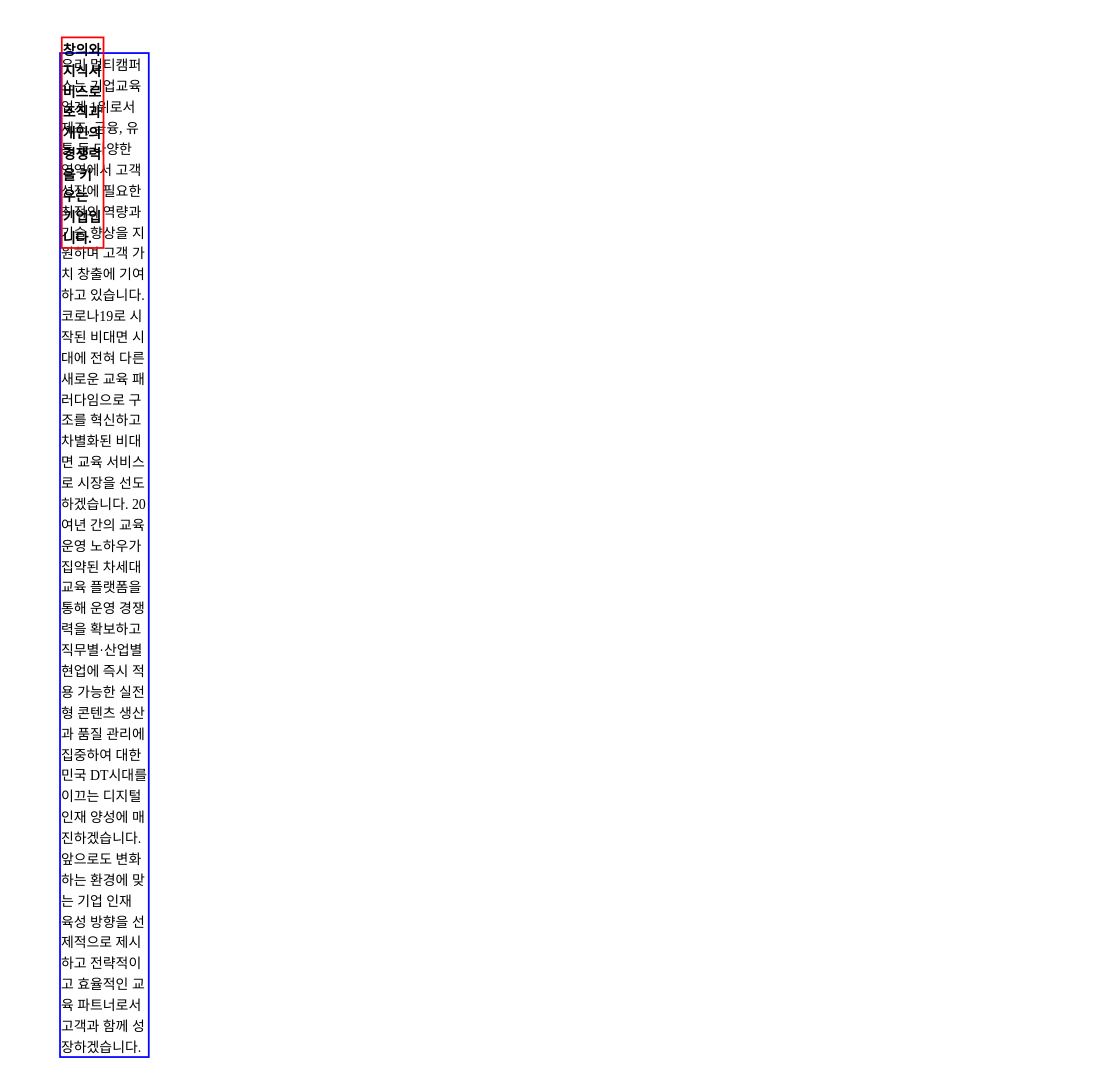
Repository: zmfhd1/Web
Page: boardtest/WebContent/overflow.html
These files come from the project's save history. The page is drawn as it stood at one moment and after the next save; the edit follows.
The browser window is 1280 px wide. The pictures show the whole page, at 87% of full size.

Above is the page before, as saved 2021-08-23 01:41:39.

### boardtest/WebContent/overflow.html
<!DOCTYPE html>
<head>
  <meta charset="UTF-8">
  <title>Document</title>
  <style type="text/css">
  .content{
  border : 2px solid blue;
  width : 100px;
  margin: 40px;
   position : relative;
  top : 20px;
  left : 20px;
  }

  b{
  border : 2px solid red;
  position : absolute; /*부모태그영역*/
  top : -20px;
  right : 50px;
  }
  </style>


</head>

<body>
    <div class="content">
      <div class="text">
        <b>창의와 지식서비스로 조직과 개인의 경쟁력을 키우는 기업입니다.</b>
        우리 멀티캠퍼스는 기업교육 업계 1위로서 제조, 금융, 유통 등 다양한 영역에서 고객 성장에 필요한 최적의 역량과 기술 향상을 지원하며 고객 가치 창출에 기여하고 있습니다.
	코로나19로 시작된 비대면 시대에 전혀 다른 새로운 교육 패러다임으로 구조를 혁신하고 차별화된 비대면 교육 서비스로 시장을 선도하겠습니다.
	20여년 간의 교육운영 노하우가 집약된 차세대 교육 플랫폼을 통해 운영 경쟁력을 확보하고 직무별·산업별 현업에 즉시 적용 가능한 실전형 콘텐츠 생산과 품질 관리에 집중하여 대한민국 DT시대를 이끄는 디지털 인재 양성에 매진하겠습니다.
	앞으로도 변화하는 환경에 맞는 기업 인재 육성 방향을 선제적으로 제시하고 전략적이고 효율적인 교육 파트너로서 고객과 함께 성장하겠습니다.
      </div>
    </div>
</body>
</html>

After the next save:
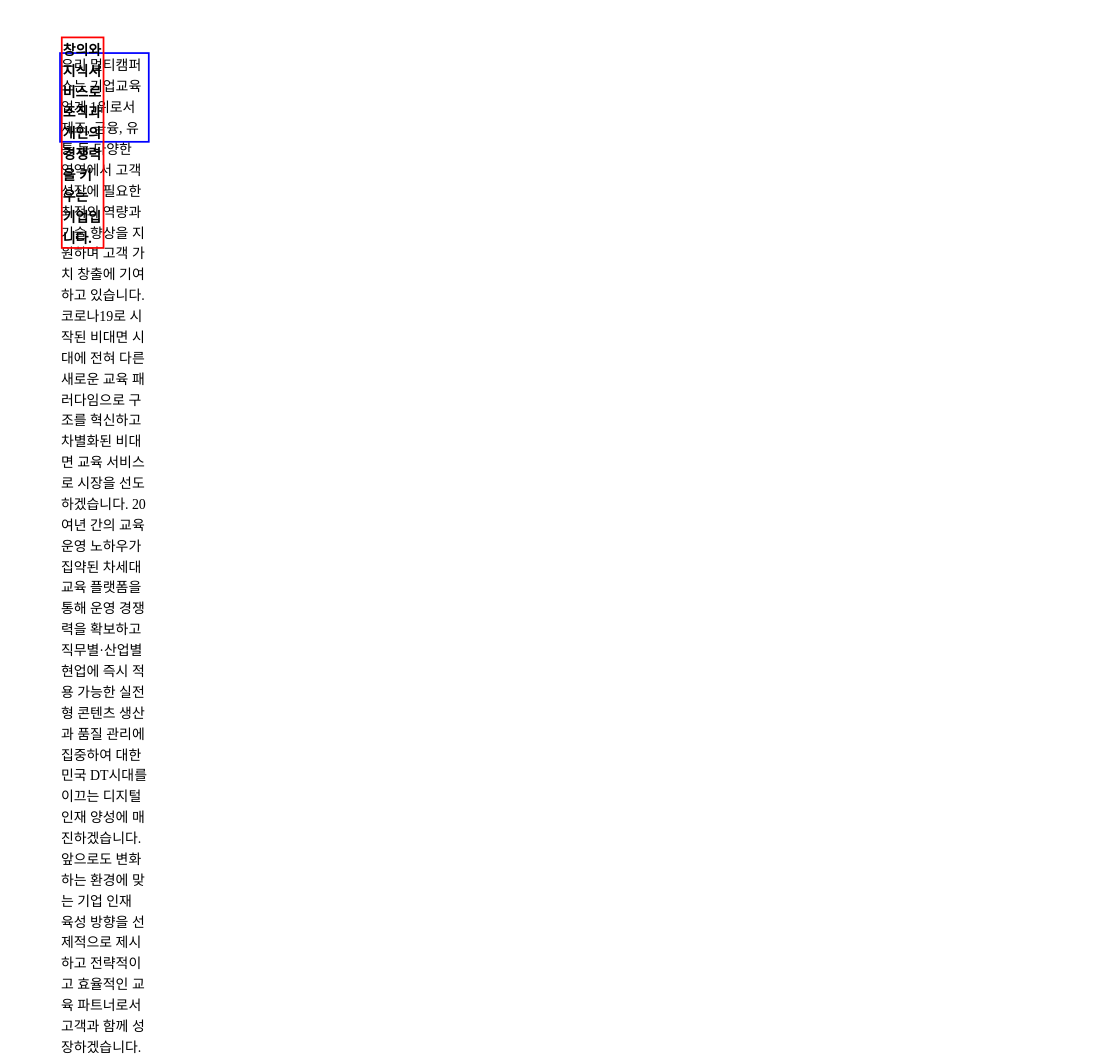
Saved 103 s later.
--- a/boardtest/WebContent/overflow.html
+++ b/boardtest/WebContent/overflow.html
@@ -6,6 +6,7 @@
   .content{
   border : 2px solid blue;
   width : 100px;
+  height : 100px;
   margin: 40px;
    position : relative;
   top : 20px;
